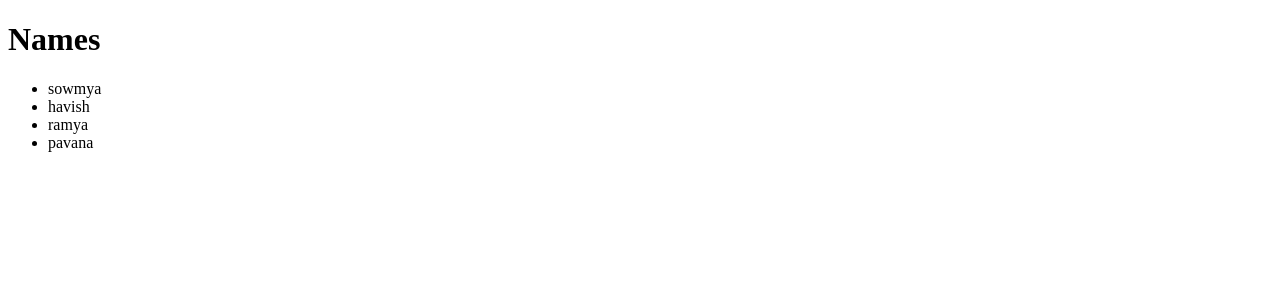
Repository: navyasureshkodenkiri/phpprojectgh-
Page: http://localhost/names.php
An editor plug-in stored every save of this project. The page is shown before and after a run of saves, followed by the edit.
The browser window is 1280 px wide. The pictures show the whole page.
The page is run by PHP 8.4 with error messages shown; the project is at /var/www/html/.

Above is the page before, as saved 2022-12-14 12:40:38.

After the next 2 saves:
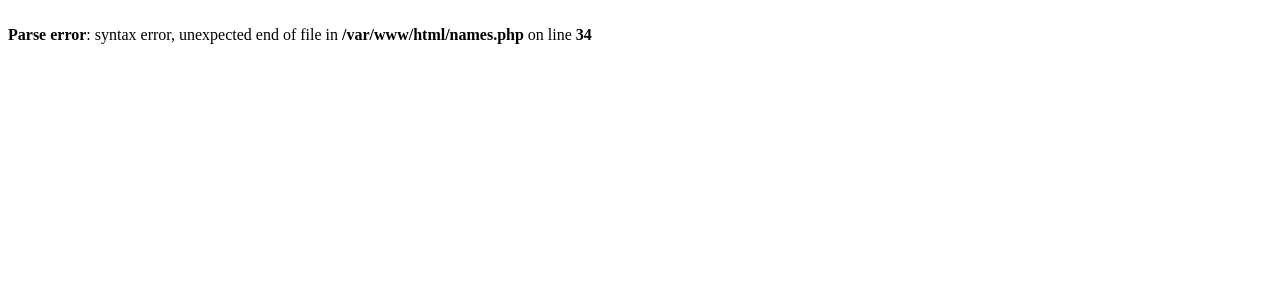
The 2 saves are shown as one change because they came seconds apart.
The last was saved 10 s later.
--- a/names.php
+++ b/names.php
@@ -21,7 +21,7 @@
 </head>
 <body class="">
     <h1>Names</h1>
-        <ul class="">
+        <ul class="<?=">
             <?php foreach($names as $names) { ?>
                 <li><?= $names ?></li>
                 <?php }?>
